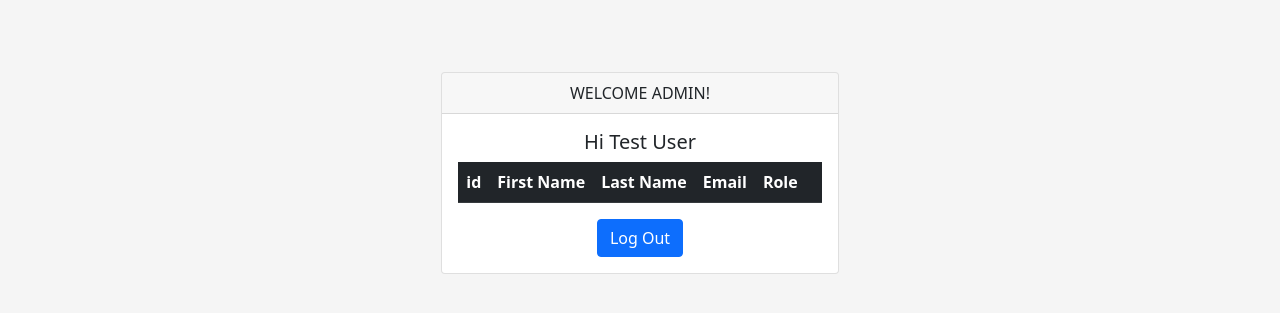
Repository: rabin-bhandari/LOGIN-SIGNUP
Page: http://localhost/welcome.php
The author's editor kept a copy of each file at every save. The page is drawn from the files as they stood at one save, then again after the next save.
The browser window is 1280 px wide. The pictures show the whole page.
The page is run by PHP 8.4 with error messages shown; the project is at /var/www/html/. The session is filled in as if someone had signed in: {"email": "test@example.com", "first_name": "Test User", "last_name": "Test User", "id": 1, "admin": 1}. Queries for data that is not in the repository find no rows.

Above is the page before, as saved 2022-03-27 20:54:38.

After the next save:
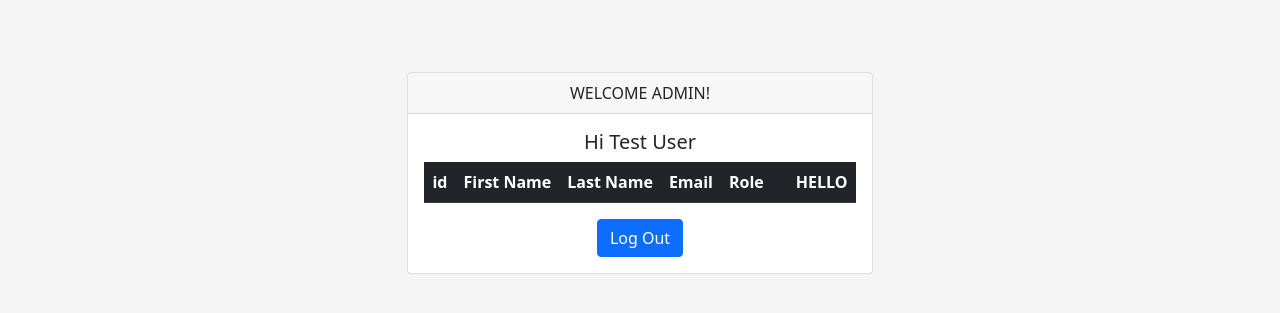
Saved 38 s later.
--- a/welcome.php
+++ b/welcome.php
@@ -42,6 +42,8 @@ if (isset($_SESSION['id']) && isset($_SESSION['email'])) {
                   <th scope="col">Email</th>
                   <th scope="col">Role</th>
                   <th scope="col"></th>
+                  <th scope="col">HELLO</th>
+
 
                 </tr>
               </thead>
@@ -64,6 +66,10 @@ if (isset($_SESSION['id']) && isset($_SESSION['email'])) {
                     <td><?php echo $email; ?></td>
                     <td><?php echo $admin; ?></td>
                     <td><button class="btn btn-danger btn-sm" type="submit"><i class="fa fa-pencil"></button></td>
+                    <td>
+
+                    </td>
+
 
                   </tr>
                 <?php } ?>
